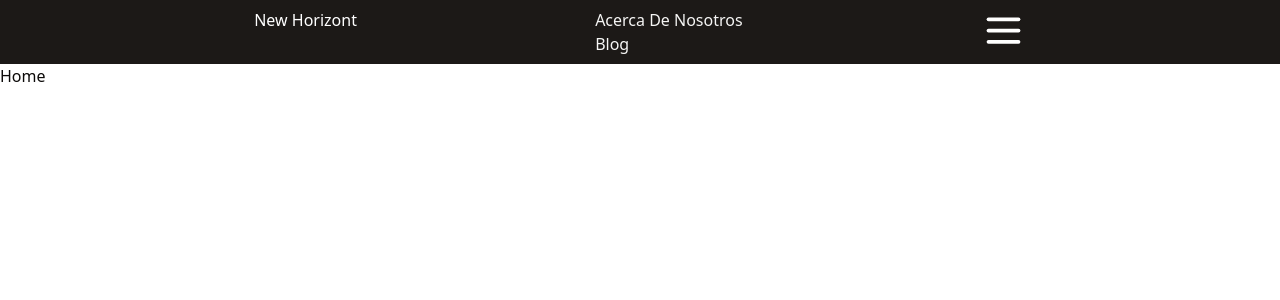
Repository: jefrydep/new-horizont-school
Page: /
An editor plug-in stored every save of this project. The page is shown before and after the next save, followed by the edit.
The browser window is 1280 px wide. The pictures show the whole page.
The project was rebuilt for these pictures with package versions that can differ from the ones it lists, and the page was loaded fresh each time. The framework's server and built-in components were replaced by stand-ins that run in the browser. Also part of the build but not shown: next.config.ts.

Above is the page before, as saved 2024-11-07 17:09:10.

After the next save:
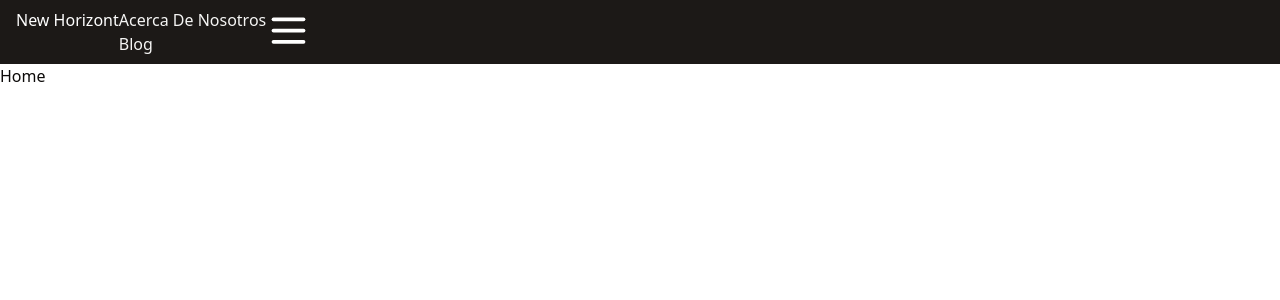
Saved 27 s later.
--- a/src/components/Navbar.tsx
+++ b/src/components/Navbar.tsx
@@ -4,7 +4,7 @@ import Link from "next/link";
 export default function Navbar() {
   return (
     <header className="bg-primary h-16">
-      <div className="flex justify-evenly px-4 py-2  ">
+      <div className="flex justify-evenly sm:justify-start px-4 py-2  ">
         <div className="text-white">New Horizont</div>
         <nav className="outline-none hidden sm:block list-none">
           <li className="text-secondary">

After the 3 saves that followed:
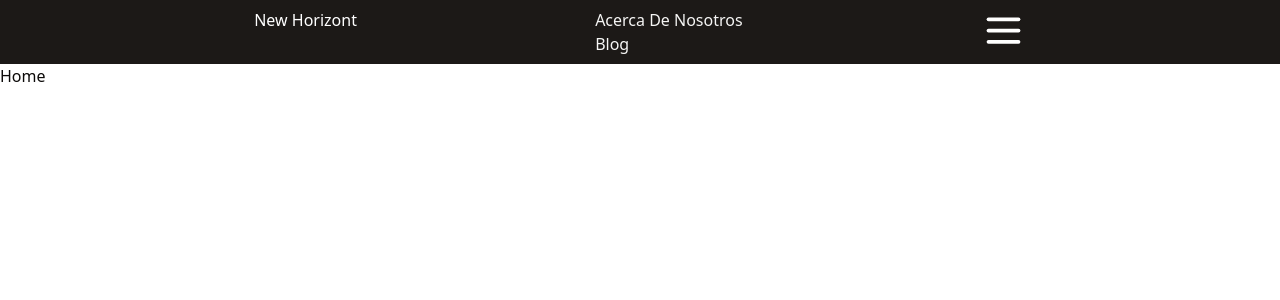
The 3 saves are shown as one change because 2 left the picture as it was.
The last was saved 28 s later.
--- a/src/components/Navbar.tsx
+++ b/src/components/Navbar.tsx
@@ -4,7 +4,7 @@ import Link from "next/link";
 export default function Navbar() {
   return (
     <header className="bg-primary h-16">
-      <div className="flex justify-evenly sm:justify-start px-4 py-2  ">
+      <div className="flex justify-evenly    container px-4 py-2  ">
         <div className="text-white">New Horizont</div>
         <nav className="outline-none hidden sm:block list-none">
           <li className="text-secondary">
